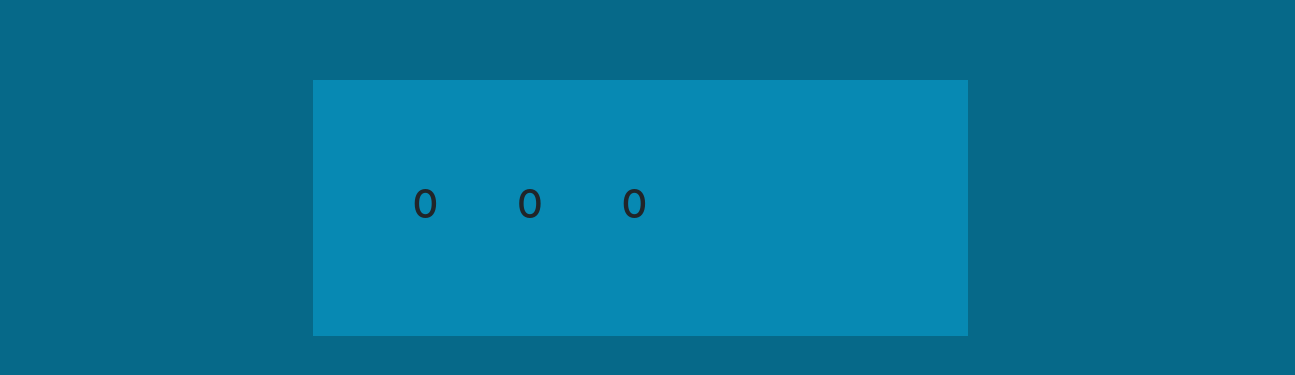
Repository: moiz9265/stopwatch
Page: index.html
These files come from the project's save history. The page is drawn as it stood at one moment and after the next save; the edit follows.
The browser window is 1280 px wide. The page is 1295 px wide, so the pictures cover 1295 px, including what lies to the right of the window. The pictures show the whole page.

Above is the page before, as saved 2020-07-09 22:52:49.

### index.html
<!DOCTYPE html>
<html lang="en">
  <head>
    <meta charset="utf-8">
    <title>Stop Watch</title>

    <link rel="stylesheet" href="css/bootstrap.min.css">
    <link rel="stylesheet" href="css/style.css" type="text/css">
    <script src="js/app.js">

    </script>
  </head>
  <body>
      <!-- <h1  style="text-align: center;">Stop Watch</h1> -->
        <div class="row" style="margin-top: 80px;">
            <div class="col-md-3">

            </div>
            <div id="maindiv" class="col-sm-12 col-md-6">
                <h1>0</h1>
                <h1>0</h1>
                <h1>0</h1>
                <!-- <h1>0</h1> -->
            </div>
            <div class="col-md-3">

            </div>

        </div>
  </body>
  <script src="js/jquery-3.2.1.slim.min.js"></script>
  <script src="js/popper.min.js"></script>
  <script src="js/bootstrap.min.js"> </script>
</html>

### css/style.css
body{
    background-color: #066989;
}

#maindiv
{

    width: 40%;
    background-color: #0789B3;
    padding: 100px;
}

h1
{
    display: inline-block;
    width: 100px;
    align:center;
}

Loaded but not shown: css/bootstrap.min.css (library); js/jquery-3.2.1.slim.min.js (library); js/popper.min.js (library); js/bootstrap.min.js (library); js/app.js (no stored copy; drawn as an empty file)

After the next save:
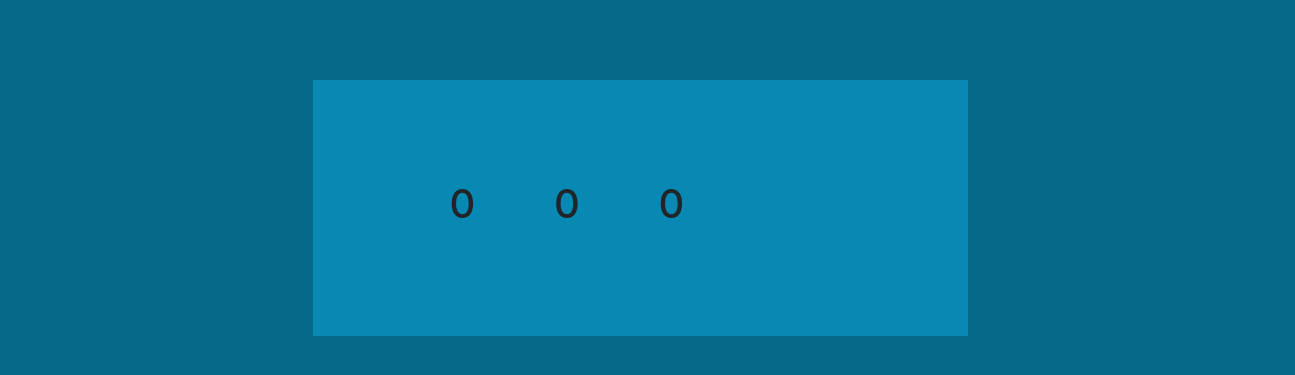
Saved 14 s later.
--- a/css/style.css
+++ b/css/style.css
@@ -14,5 +14,5 @@ h1
 {
     display: inline-block;
     width: 100px;
-    align:center;
+   text-align: center;
 }
